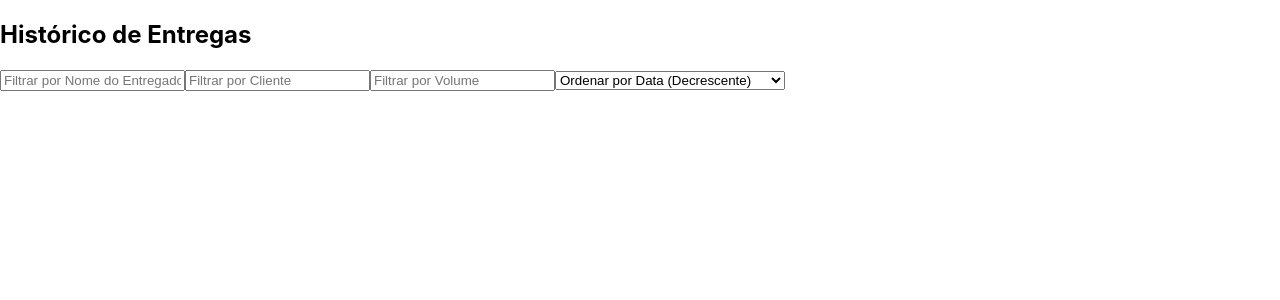
Repository: feliperanon/gestao-entregas
Page: /history (app in frontend/)
The author's editor kept a copy of each file at every save. The page is drawn from the files as they stood at one save, then again after the next save.
The browser window is 1280 px wide. The pictures show the whole page.
The page's requests for data from a server got no answer. The project was rebuilt for these pictures with package versions that can differ from the ones it lists, and the page was loaded fresh each time. No one was signed in, and anything a server would have sent is missing. Also part of the build but not shown: frontend/src/pages/Clientes.js, frontend/src/pages/Entregadores.js, frontend/src/pages/Login.js, frontend/src/pages/Analise.js, frontend/src/pages/Dashboard.js.

Above is the page before, as saved 2024-06-30 09:52:38.

After the next save:
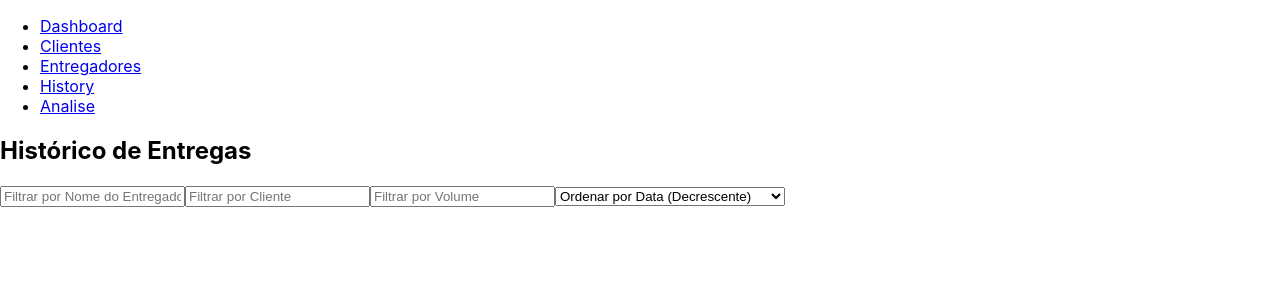
Saved 3 min 20 s later.
--- a/frontend/src/App.js
+++ b/frontend/src/App.js
@@ -1,25 +1,46 @@
 import React from 'react';
-import { BrowserRouter as Router, Route, Routes } from 'react-router-dom';
+import { BrowserRouter as Router, Route, Routes, Link } from 'react-router-dom';
+import Dashboard from './pages/Dashboard';
 import Clientes from './pages/Clientes';
 import Entregadores from './pages/Entregadores';
 import History from './pages/History';
+import Analise from './pages/Analise';
 import Login from './pages/Login';
-import Analise from './pages/Analise';
-import Dashboard from './pages/Dashboard';
 
-function App() {
+const App = () => {
   return (
     <Router>
-      <Routes>
-        <Route path="/" element={<Login />} />
-        <Route path="/clientes" element={<Clientes />} />
-        <Route path="/entregadores" element={<Entregadores />} />
-        <Route path="/history" element={<History />} />
-        <Route path="/analise" element={<Analise />} />
-        <Route path="/dashboard" element={<Dashboard />} />
-      </Routes>
+      <div>
+        <nav>
+          <ul>
+            <li>
+              <Link to="/dashboard">Dashboard</Link>
+            </li>
+            <li>
+              <Link to="/clientes">Clientes</Link>
+            </li>
+            <li>
+              <Link to="/entregadores">Entregadores</Link>
+            </li>
+            <li>
+              <Link to="/history">History</Link>
+            </li>
+            <li>
+              <Link to="/analise">Analise</Link>
+            </li>
+          </ul>
+        </nav>
+        <Routes>
+          <Route path="/dashboard" element={<Dashboard />} />
+          <Route path="/clientes" element={<Clientes />} />
+          <Route path="/entregadores" element={<Entregadores />} />
+          <Route path="/history" element={<History />} />
+          <Route path="/analise" element={<Analise />} />
+          <Route path="/login" element={<Login />} />
+        </Routes>
+      </div>
     </Router>
   );
-}
+};
 
 export default App;
